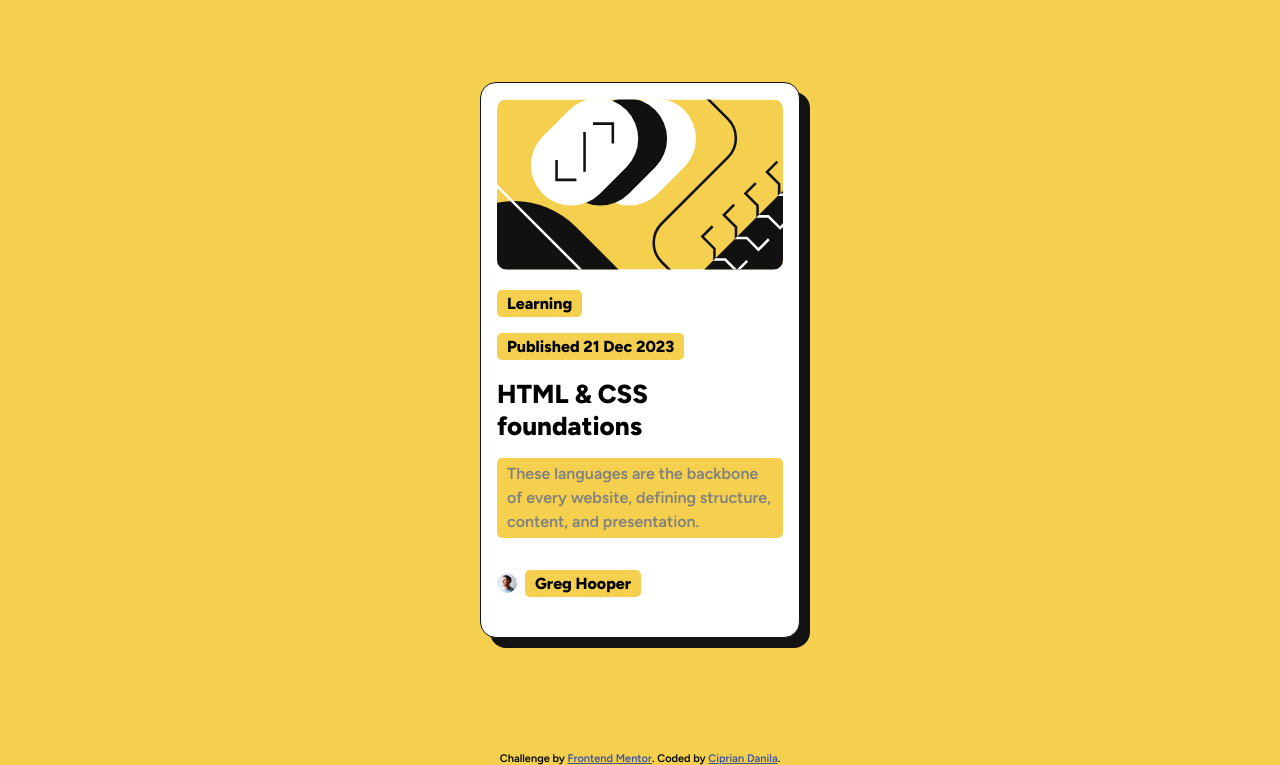
Repository: cipdanila/blog-preview-card
Page: index.html
These files come from the project's save history. The page is drawn as it stood at one moment and after the next save; the edit follows.
The browser window is 1280 px wide. The pictures show the whole page.

Above is the page before, as saved 2024-01-28 14:40:47.

### index.html
<!DOCTYPE html>
<html lang="en">
<head>
  <meta charset="UTF-8">
  <meta name="viewport" content="width=device-width, initial-scale=1.0"> <!-- displays site properly based on user's device -->

  <link rel="icon" type="image/png" sizes="32x32" href="./assets/images/favicon-32x32.png">
  <link rel="stylesheet" href="style.css">
  <title>Frontend Mentor | Blog preview card</title>

</head>
<body>
  <main>
    <div class="card">
      <div class="image-card">
        <img src="./assets/images/illustration-article.svg" alt="illustration article">
      </div>
      <div class="text-card">
        <div class="learning">
          <p>Learning</p>
        </div>
        <div class="publish">
          <p>Published 21 Dec 2023</p>
        </div>
        <div class="title">
          <h1>HTML & CSS foundations</h1>
        </div>
        <div class="info">
          <p>
            These languages are the backbone of every website, defining structure, content, and presentation.
          </p>
        </div>
        <div class="avatar">
          <img src="./assets/images/image-avatar.webp" alt="avatar">
          <p>Greg Hooper</p>
        </div>
      </div>
    </div>
  </main>

  <footer>
    <div class="attribution">
        Challenge by
        <a
            href="https://www.frontendmentor.io/challenges/blog-preview-card-ckPaj01IcS"
            target="_blank"
            rel="noopener noreferer"
            >Frontend Mentor</a
        >. Coded by <a href="https://github.com/cipdanila" target="_blank" rel="noopener noreferer">Ciprian Danila</a>.
    </div>
</footer>
</body>
</html>

### style.css
@import url('https://fonts.googleapis.com/css2?family=Figtree:wght@600;800&display=swap');

:root {
    /* Colors */
    /* Primary */
    --yellow: hsl(47, 88%, 63%);

    /* Neutral */
    --white: hsl(0, 0%, 100%);
    --grey: hsl(0, 0%, 50%);
    --black: hsl(0, 0%, 7%);
}

* {
    box-sizing: border-box;
}

body, html {
    margin: 0;
    padding: 0;
    height: 100%;
    font-family: 'Figtree', sans-serif;
    font-size: 1rem;
    font-weight: 600;
    background-color: var(--yellow);
}

main {
    display: flex;
    justify-content: center;
    align-items: center;
    height: 100%;
}

.card {
    width: 20rem;
    border-radius: 1rem;
    border: 1px solid var(--black);
    box-shadow: 10px 10px var(--black);
    background-color: var(--white);
    display: flex;
    flex-direction: column;
    align-items: center;
    padding: 1rem;
}

.image-card {
    text-align: center;
}

img {
    max-width: 100%;
    height: auto;
    border-radius: 0.625rem;
}

.text-card {
    text-align: left;
}

.text-card p {
    width: fit-content;
    background-color: var(--yellow);
    margin: 1rem 0;
    padding: 0.25rem 0.625rem;
    border-radius: 5px;
    font-weight: 800;
}

.publish, .title, .info, .avatar {
    margin-bottom: 0.5rem;
}

.title h1 {
    font-weight: 800;
    font-size: 1.625rem;
    margin-bottom: 0.5rem;
}

.info p {
    color: var(--grey);
    line-height: 1.5;
    font-weight: 100;
}

.avatar {
    display: flex;
    align-items: center;
}

.avatar img {
    width: 20px;
    height: auto;
    border-radius: 50%;
    margin-right: 0.5rem;
}

.avatar p {
    font-weight: 800;
}

footer {
    margin-top: 2rem;
}

.attribution {
    font-size: 11px;
    text-align: center;
}
.attribution a {
    color: hsl(228, 45%, 44%);
}

After the next save:
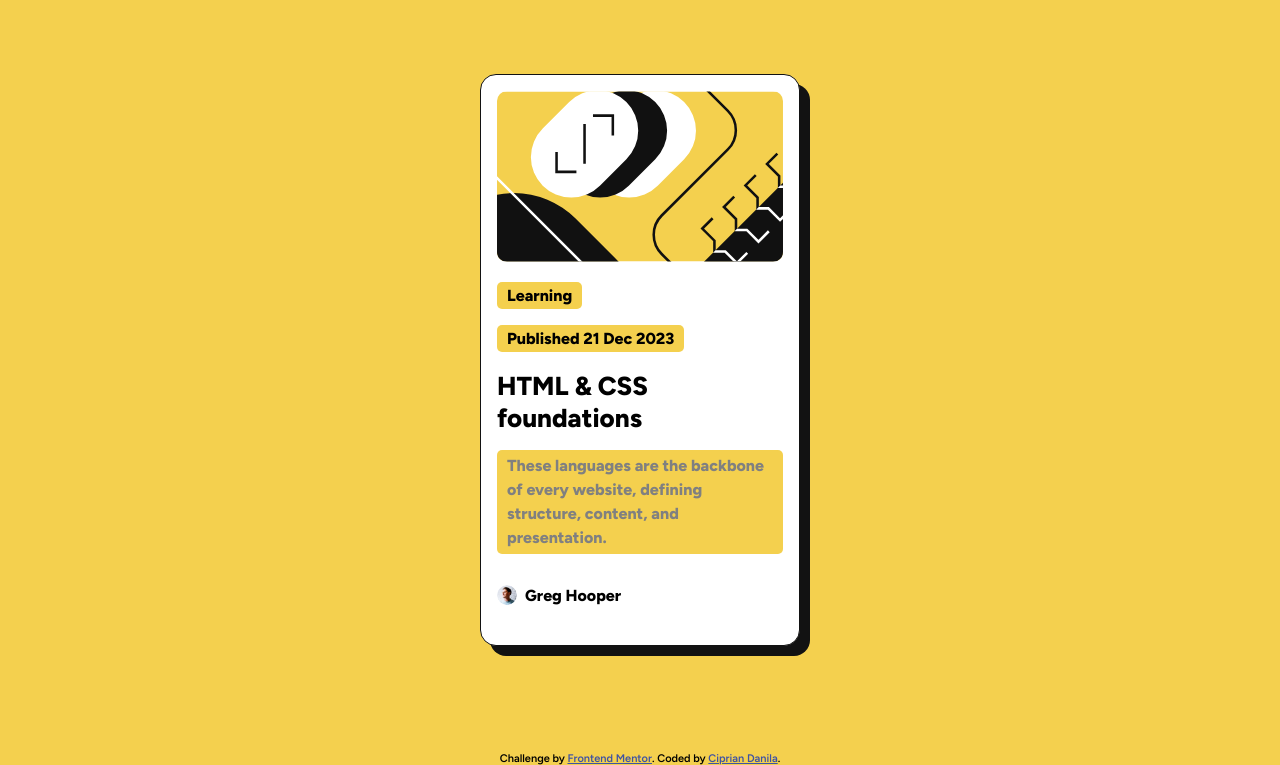
Saved 65 s later.
--- a/style.css
+++ b/style.css
@@ -58,7 +58,7 @@
     text-align: left;
 }
 
-.text-card p {
+.text-card p:first-child {
     width: fit-content;
     background-color: var(--yellow);
     margin: 1rem 0;

After the save that followed:
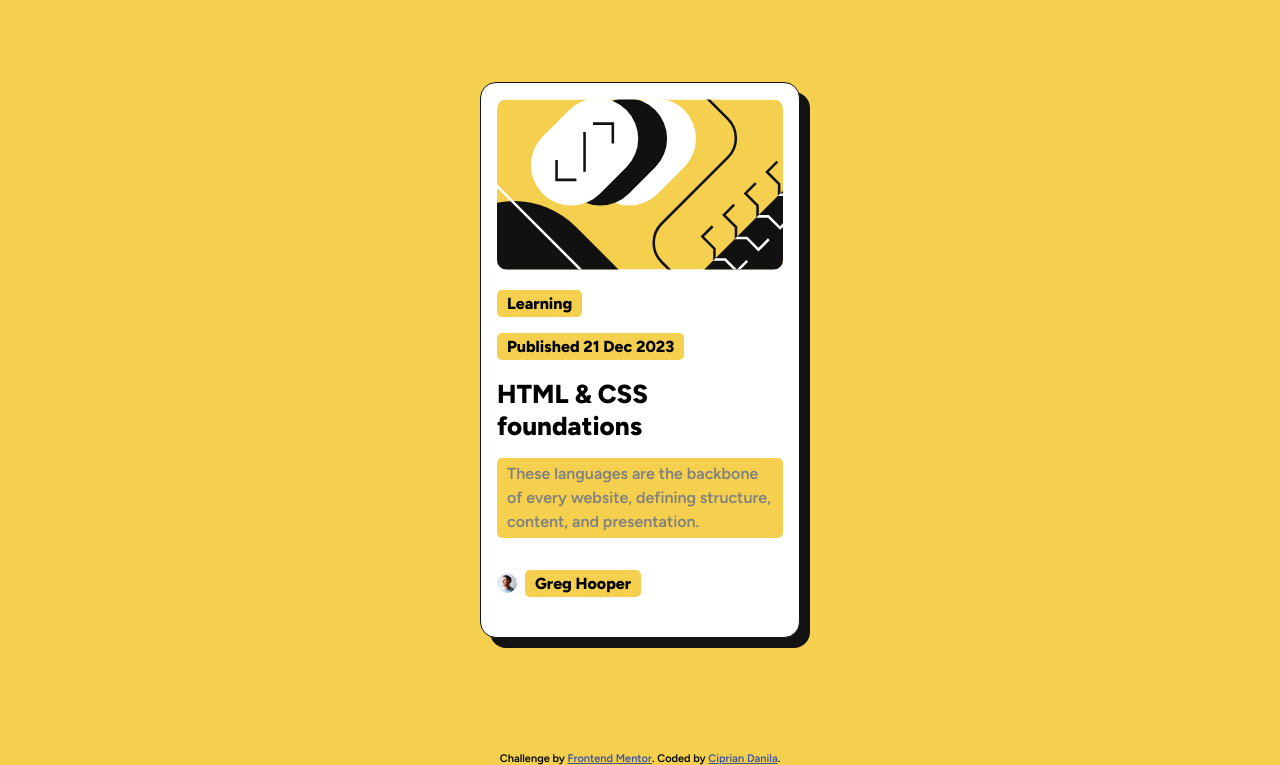
Saved 14 s later.
--- a/style.css
+++ b/style.css
@@ -58,7 +58,7 @@
     text-align: left;
 }
 
-.text-card p:first-child {
+.text-card p {
     width: fit-content;
     background-color: var(--yellow);
     margin: 1rem 0;
